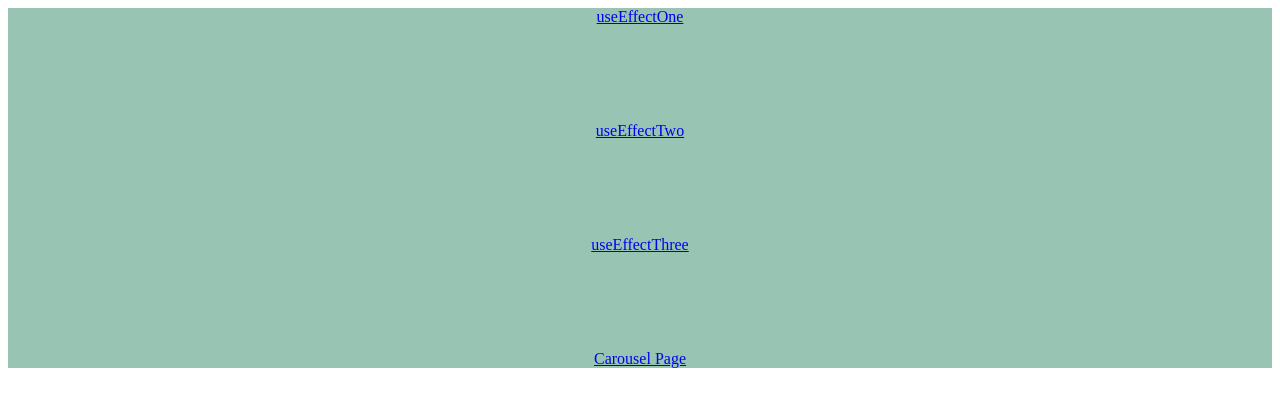
Repository: jennydmcm/useeffect-carousel
Page: /
The author's editor kept a copy of each file at every save. The page is drawn from the files as they stood at one save, then again after the next save.
The browser window is 1280 px wide. The pictures show the whole page.
The project was rebuilt for these pictures with package versions that can differ from the ones it lists, and the page was loaded fresh each time. The framework's server and built-in components were replaced by stand-ins that run in the browser. Also part of the build but not shown: next.config.js.

Above is the page before, as saved 2023-02-23 18:30:27.

### pages/index.js
import Head from 'next/head'
import styles from '@/styles/Home.module.css'
import Link from 'next/link'

export default function Home() {
  return (
    <>
      <Head>
        <title>Create Next App</title>
        <meta name="description" content="Generated by create next app" />
        <meta name="viewport" content="width=device-width, initial-scale=1" />
        <link rel="icon" href="/favicon.ico" />
      </Head>
      <main className={styles.main}>
        <Link className={styles.link} href="/useEffectOne">useEffectOne</Link>
        <Link className={styles.link} href="/useEffectTwo">useEffectTwo</Link>
        <Link className={styles.link} href="/useEffectThree">useEffectThree</Link>
        <Link className={styles.link} href="/carouselPage">Carousel Page</Link>
      </main>
    </>
  )
}

### styles/Home.module.css
.main {
  display: flex;
  flex-direction: column;
  justify-content: space-between;
  align-items: center;
  min-height: 50vh;
  background-color: #97C4B3;
}

Loaded but not shown: pages/_app.js (common file); pages/_document.js (common file); styles/globals.css (common file)

After the next save:
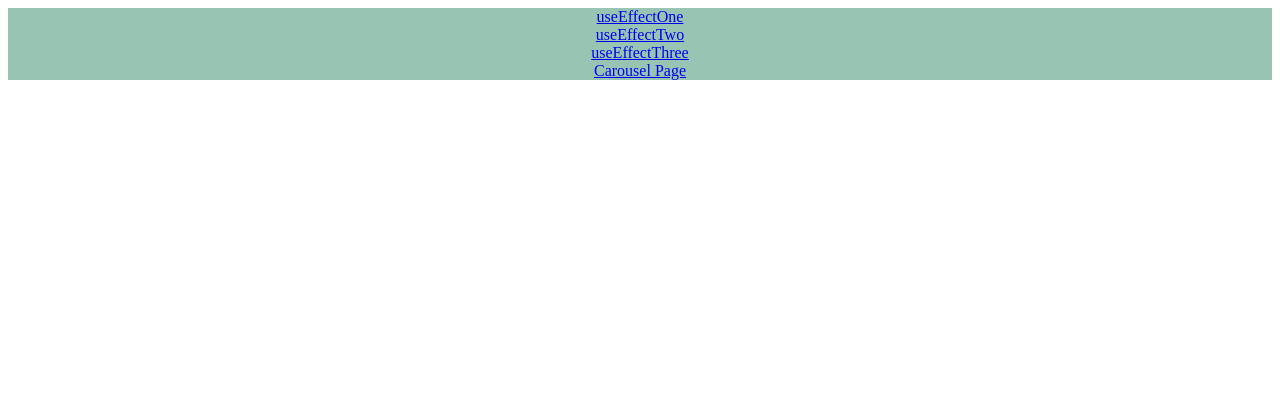
Saved 4 s later.
--- a/styles/Home.module.css
+++ b/styles/Home.module.css
@@ -3,6 +3,5 @@
   flex-direction: column;
   justify-content: space-between;
   align-items: center;
-  min-height: 50vh;
   background-color: #97C4B3;
 }
